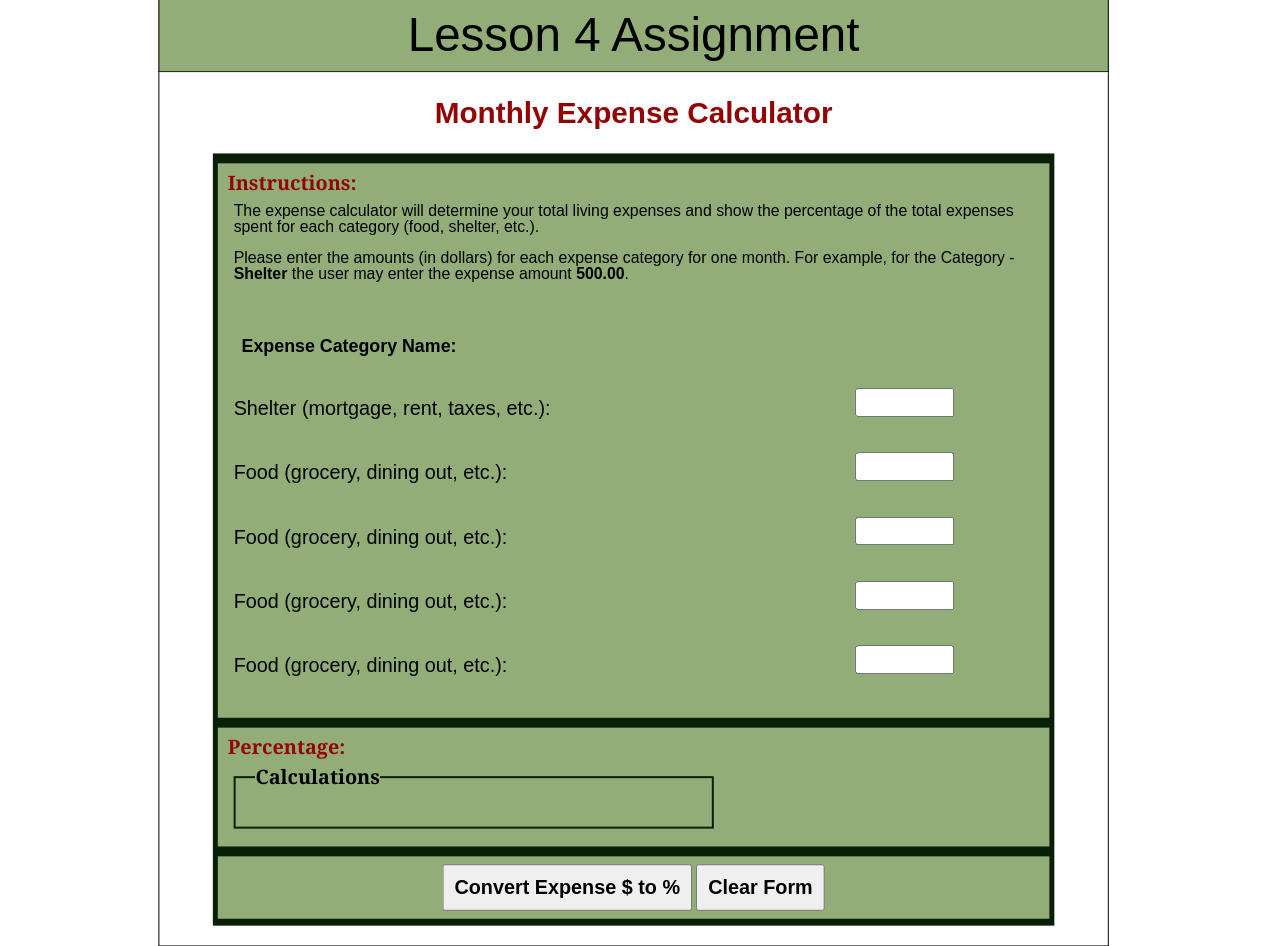
Repository: rob3rtblake/lesson4_javascript1
Page: index.html
The author's editor kept a record of every edit. The page is drawn from the files as they stood at one moment, then again after the next edit.
The browser window is 1280 px wide. The pictures show the whole page, at 99% of full size.

Above is the page before.

### index.html
<!DOCTYPE html>
<html>
    <head>
       <!--
          Course:  Web Application Development
          Assignment:  Lesson 4 (JavaScript 1)
          Author:  Robert Blake
          Date:   02/16/18
          Filename: index.html
       -->
       <meta charset="utf-8" />
       <meta name="viewport" content="width=device-width,initial-scale=1.0">

       <title>Lesson 4 Assignment</title>

       <link rel="stylesheet" href="styles.css" />

    </head>

    <body>
       <header>
          <h1> Lesson 4 Assignment </h1>
       </header>

        <article>
            <br /><h2>Monthly Expense Calculator</h2><br />

              <form id = "expenseCalculator">
                <fieldset id="inputinfo">
                      <legend><span>Instructions:</span></legend>
                      <p>The expense calculator will determine your total living expenses and
                      show the percentage of the total expenses spent for each category (food, shelter, etc.).</p>

                      <br>

                      <p>Please enter the amounts (in dollars) for each expense category for one month.
                      For example, for the Category - <b>Shelter</b> the user may enter the expense amount <b>500.00</b>.</p>

                      <br><br><br>

                      <p><h3>Expense Category Name:</h3>

                          <label for="shelterInput">
                            Shelter (mortgage, rent, taxes, etc.):
                            <input type="text"  id="shelterInput" name="shelter"  />
                          </label>
                      </p>
                      <p><label for="foodInput">
                            Food (grocery, dining out, etc.):
                            <input type="text" id="foodInput" name="food" />
                          </label>
                      </p>
                      <p><label for="HouseholdInput">
                            Food (grocery, dining out, etc.):
                            <input type="text" id="householdInput" name="household" />
                          </label>
                      </p>
                      <p><label for="transportationInput">
                            Food (grocery, dining out, etc.):
                            <input type="text" id="transportationInput" name="transport" />
                          </label>
                      </p>
                      <p><label for="miscellaneousInput">
                            Food (grocery, dining out, etc.):
                            <input type="text" id="miscellaneousInput" name="miscellaneous" />
                          </label>
                      </p>

                      <!--************************************************************************************************
                      * Task #1:  Add additional expense categories using the above code as an example.  The
                      *           following categories should be included:  Household, Transportation, and
                      *           Miscellaneous.  Add your code below this comment block BEFORE the </fieldset> tag!!!
                      * REMINDERS:
                      *      1.)  Each id value must be unique and enclosed in quotes.  This value will be referenced
                      *           later in the program and it must match EXACTLY including the case.
                      *      2.)  Each name value must be unique and enclosed in quotes.  This value will be referenced
                      *           later in the program and it must match EXACTLY including the case.
                      *
                      * HINT:  Use the following variable names:  householdInput, miscellaneousInput, transportationInput
                      *
                      *************************************************************************************************-->

                </fieldset>


                <!--************************************************************************************************
                *  This section in the HTML code defines id's or placeholders where the result of the percentages
                *  calculated will be place.  The getElementById() method used later in the program uses these id's
                *  to place the results of the calculations on the HTML page.
                **************************************************************************************************-->
                <fieldset id="summary">
                  <legend><span>Percentage:</span></legend>
                  <fieldset id="calculationinfo">
                    <legend>Calculations</legend>

                     <label>
                         <p id="totalExpenses">  </p>
                         <p id="shelterPercentage">  </p>
                         <p id="foodPercentage">  </p>
                         <p id="householdPercentage">  </p>
                         <p id="transportationPercentage">  </p>
                         <p id="miscellaneousPercentage">  </p>
                     </label>
                  </fieldset>
                </fieldset>


                <!--************************************************************************************************
                *  This section in the HTML code creates TWO buttons:  1)  Convert Expense $ to % button and
                *  2)  Clear Form button.
                *
                *  Explanation:  The onclick method is used to associate an event with each button.  When the
                *  user clicks either button, the methods stated will be executed to handle that event.  For instance,
                *  when the user clicks the 'Convert Expense $ to %' button the calculatePercentages() code will
                *  execute and when the user clicks the 'Clear Form' button, the clearForm() method will execute.
                *
                *  The onClick event will execute when a button is clicked.
                **************************************************************************************************-->
                <fieldset id="calculatebutton">
                  <button type="button" onclick="calculatePercentages()"> Convert Expense $ to % </button>
                  <button type="reset" onclick="clearForm()"> Clear Form </button>
                </fieldset>
            </form>
        </article>
    <script src="expenseCalculator.js"> </script>
    </body>
</html>

### styles.css
/*
    Filename: styles.css
*/


/* apply a natural box layout model to all elements */
* {
   -moz-box-sizing: border-box;
   -webkit-box-sizing: border-box;
   box-sizing: border-box;
}

/* reset rules */
html, body, div, span, applet, object, iframe,
h1, h2, h3, h4, h5, h6, p, blockquote, pre,
a, abbr, acronym, address, big, cite, code,
del, dfn, em, img, ins, kbd, q, s, samp,
small, strike, strong, sub, sup, tt, var,
b, u, i, center,
dl, dt, dd, ol, ul, li,
fieldset, form, label, legend,
table, caption, tbody, tfoot, thead, tr, th, td,
article, aside, canvas, details, embed,
figure, figcaption, footer, header, hgroup,
menu, nav, output, ruby, section, summary,
time, mark, audio, video {
   margin: 0;
   padding: 0;
   border: 0;
   font-size: 100%;
   font: inherit;
   vertical-align: baseline;
}

/* HTML5 display-role reset for older browsers */
article, aside, details, figcaption, figure,
footer, header, hgroup, menu, nav, section {
   display: block;
}

body {
   line-height: 1;
   max-width: 960px;
   background: white;
   margin: 0 auto;
   font-family: Arial, Helvetica, sans-serif;
}

ol, ul {
   list-style: none;
}




/* page header */
header {
   background: #93AD78;
   width: 100%;
   color: black;
   font-size: 48px;
   text-align: center;
   line-height: 1.5em;
   border-bottom: 1px solid black;
   border-left: 1px solid black;
   border-right: 1px solid black;
}

/* main content */
article {
   width: 960px;
   text-align: center;
   background: white;
   padding-bottom: 20px;
   border-bottom: 1px solid black;
   border-left: 1px solid black;
   border-right: 1px solid black;
}

article h2 {
   font-weight: bold;
   font-size: 30px;
   padding: 10px;
   color:#930505;
}
article h3 {
   font-weight: bold;
   font-size: 18px;
   padding: 8px;
}

article button {
   font-weight: bold;
   font-size: 20px;
   padding: 10px;
}
/* form */


b {
   font-weight: bold;

}

legend, #calculatebutton input {
  font-family: georgia, "times new roman", times, serif;


  }
fieldset {
  margin-bottom: 10px;
  position: relative;
  padding: 2.5em 1em 0.5em 1em;
  background: #93AD78;
  text-align: left;

  }
fieldset fieldset {
  padding-top: 5px;
  border: 2px solid #082008;
  }
form {
  background: #082008;
  padding: 10px 5px 7px 5px;
  margin: 0 auto;
  width: 850px;
  }
input, textarea {
  font-size: 1em;
   vertical-align: right;

  }
input:focus, textarea:focus {
  background: #e3d5ba;
  }
.textbox {
    width: 300px;
    float: right;
}
legend span {
  position: absolute;
  left: 0;
  top: 0;
  font-size: 1.25em;
  margin-top: 0.5em;
  margin-left: 0.5em;
  font-weight: bold;
  color:#930505;
  }
legend  {

  font-weight: bold;
  }
textarea {
  display: block;
  }
#employeeinfo {
  float: left;
  width: 45%;
  font-size: 20px;
  }
#calculationinfo {
  float: inherit;
  width: 60%;
  font-size: 20px;

  }
#inputinfo, #summary, #calculatebutton {
  border: none;
  }
#inputinfo label {
  display: block;
  position: relative;
  margin: 25px 0;
  line-height: 200%;
  font-size: 20px;
  }
  }
#inputinfo input {
  position: absolute;
  left: 600px;
  line-height: 150%;
  }
#summary label {
  display: block;
  position: relative;
  margin: 25px 0;
    line-height: 200%;
    font-size: 20px;
  }
#shelterInput, #foodInput, #householdInput, #miscellaneousInput, #transportationInput {
  width: 5em;
  position: absolute;
  right: 80px;


  }
#phoneinput {
  width: 12em;
  }
#calculatebutton {
  border: 5px;
  background: #93AD78;
  padding: 0.5em 0;
  margin-bottom: 0;
  text-align: center;
  }

Loaded but not shown: expenseCalculator.js (196 lines, source omitted)

After the next edit:
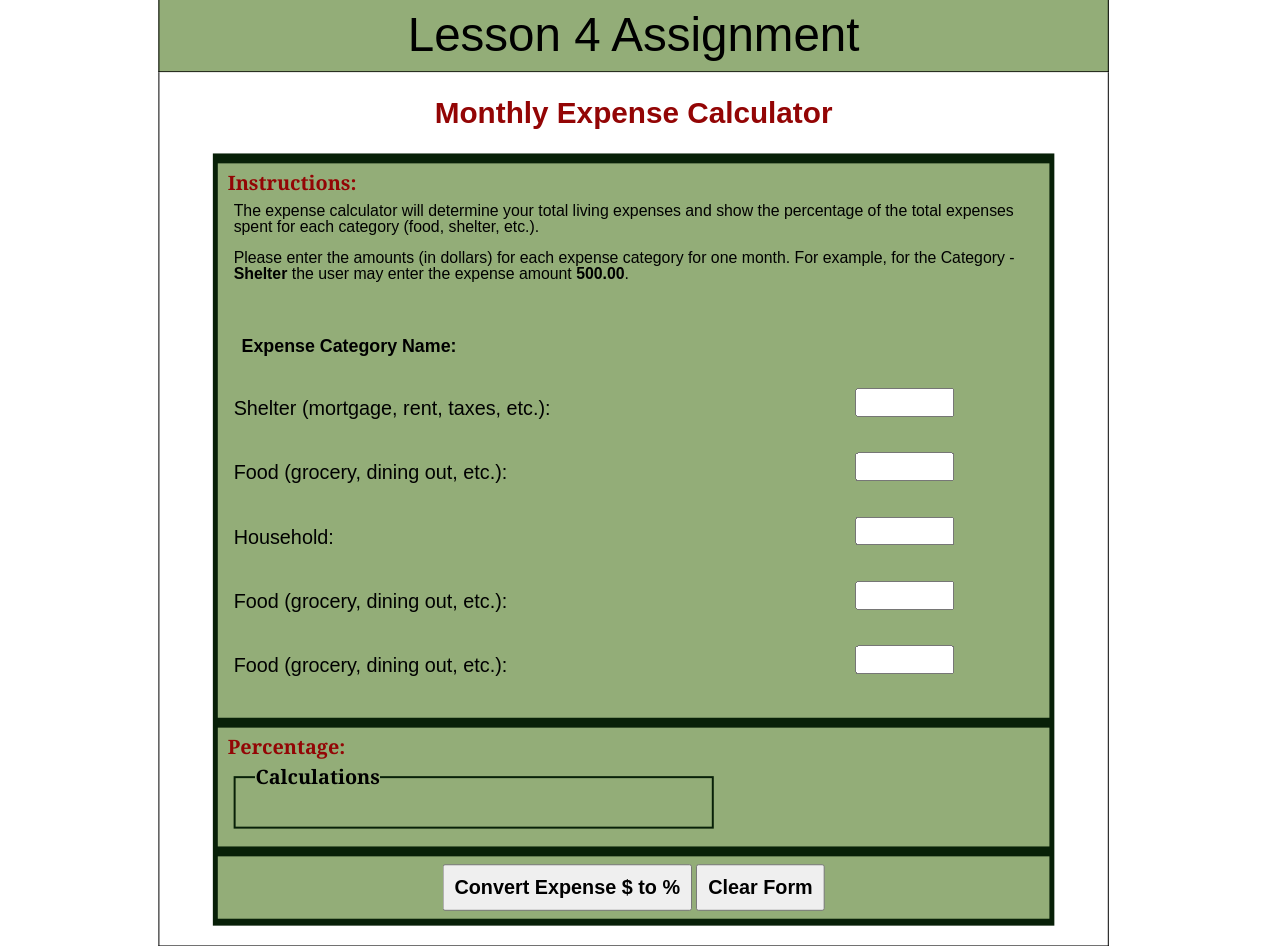
The edit:
--- a/index.html
+++ b/index.html
@@ -50,8 +50,8 @@
                             <input type="text" id="foodInput" name="food" />
                           </label>
                       </p>
-                      <p><label for="HouseholdInput">
-                            Food (grocery, dining out, etc.):
+                      <p><label for="householdInput">
+                            Household:
                             <input type="text" id="householdInput" name="household" />
                           </label>
                       </p>
